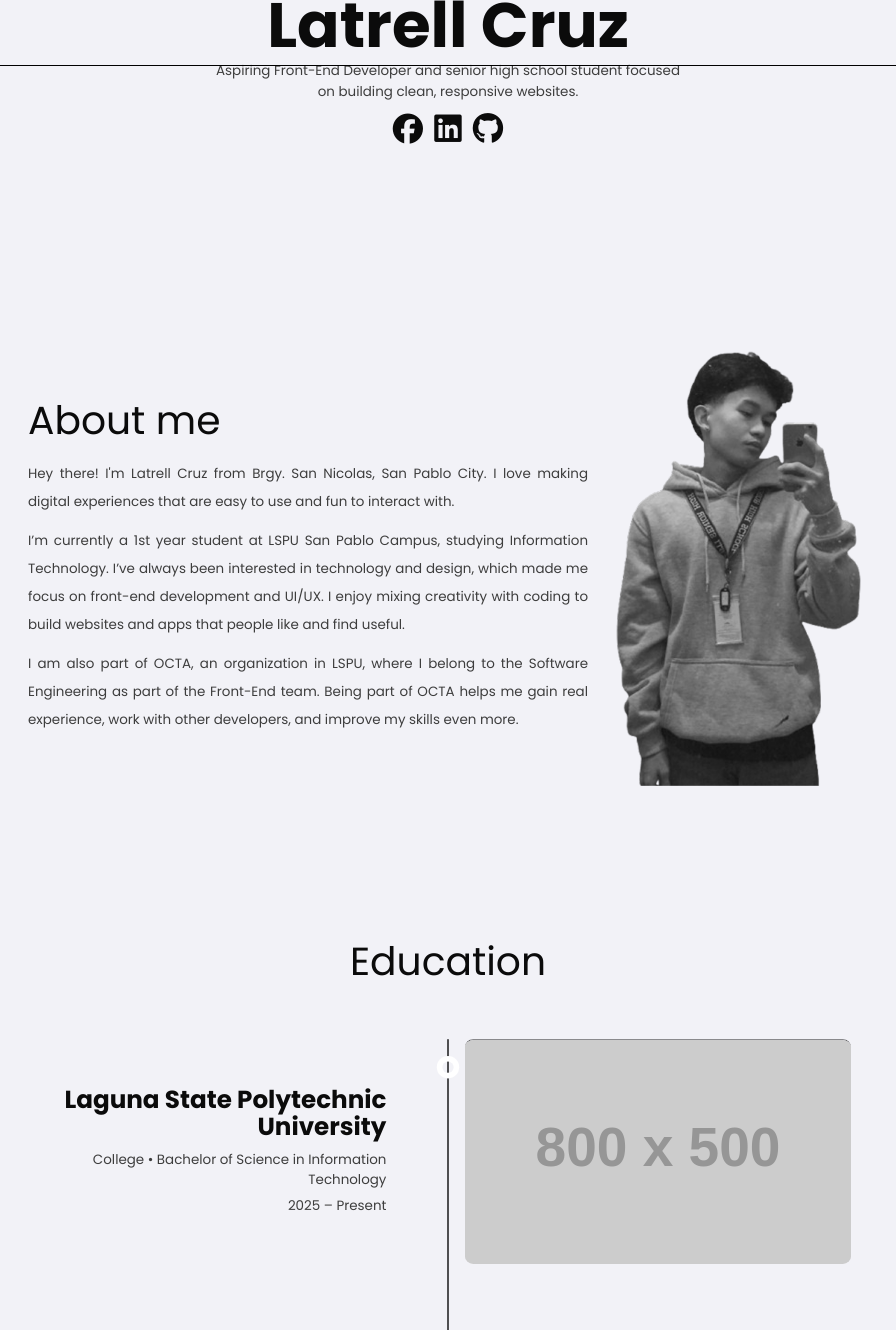
Repository: Latrell26/Portfolio-schoolProject
Page: /
An editor plug-in stored every save of this project. The page is shown before and after the next save, followed by the edit.
The browser window is 1280 px wide. The pictures show the part of the page from y = 272 to 2172 px (the page is 6280 px tall before and 6276 px after), at 70% of full size.
Pictures or frames that could not be fetched are drawn as grey boxes. The project was rebuilt for these pictures with package versions that can differ from the ones it lists, and the page was loaded fresh each time. Also part of the build but not shown: svelte.config.js, vite.config.js.

Above is the page before, as saved 2026-01-02 22:28:07.

### index.html
<!doctype html>
<html lang="en">
  <head>
    <meta charset="UTF-8" />
    <link rel="icon" type="image/svg+xml" href="/vite.svg" />
    <meta name="viewport" content="width=device-width, initial-scale=1.0" />
    <title>my-portfolio</title>
    <link rel="preconnect" href="https://fonts.googleapis.com">
<link rel="preconnect" href="https://fonts.gstatic.com" crossorigin>
<link href="https://fonts.googleapis.com/css2?family=Poppins:ital,wght@0,100;0,200;0,300;0,400;0,500;0,600;0,700;0,800;0,900;1,100;1,200;1,300;1,400;1,500;1,600;1,700;1,800;1,900&display=swap" rel="stylesheet">
 <link
    rel="stylesheet"
    href="https://cdnjs.cloudflare.com/ajax/libs/font-awesome/6.5.0/css/all.min.css"
  />
  </head>
  <body>
    <div id="app"></div>
    <script type="module" src="/src/main.js"></script>
  </body>
</html>

### src/app.css
@import "tailwindcss";

@theme {
  --color-dark: var(--dark);
  --color-medyolight: var(--medyolight);
  --color-light: var(--light);
}

:root {
  font-family: poppins;
  line-height: 1.5;
  font-weight: 400;
  color-scheme: light dark;
  color: #0B0B0B;
  background-color: #F2F2F7;
  font-synthesis: none;
  text-rendering: optimizeLegibility;
  -webkit-font-smoothing: antialiased;
  -moz-osx-font-smoothing: grayscale;
  --dark: #0B0B0B;
  --light: #F2F2F7;
  --medyolight: #3D3D3D;
  --light_bg: #F2F2F7;

  --tooltip-bg: var(--dark);
  --tooltip-text: var(--light);
  --tooltip-border: var(--dark);
}

.dark-mode {
  --dark: #0B0B0B;
  --medyolight: #E0E0E0;
  --light: #F2F2F7;
  --light_bg: #0B0B0B;
}

.dark-mode {
  background-color: var(--dark);
  color: var(--light);
  border-top-color: var(--light);
}

html{
  scroll-behavior: smooth;
  transition: color 0.3s ease;

}

h1 {
  font-size: clamp(4rem, 7vw, 8rem);
  font-weight: 700;
  line-height: 1.1;
}
h2 {
  font-size: clamp(2rem, 6vw, 3.5rem);
  line-height: 1.1;
}
h3 {
  font-size: clamp(2rem, 6vw, 2.2rem);
  line-height: 1.1;
}
h4 {
  font-size: clamp(1rem, 6vw, 2rem);
  line-height: 1.1;
}
h5{
  font-size: clamp(2rem, 3vw, 2.5rem);
}
p{
  font-size: clamp(1rem, 6vw, 1.2rem);
  color: var(--medyolight);
}

span{
  color: var(--light);
}

.border-light {
  border-color: transparent;
}
.border-t-light {
  border-top-color: var(--dark);
}

@keyframes slide {
    from {
      transform: translateX(-100%);
    }
    to {
      transform: translateX(0);
    }
  }

### src/App.svelte
<script>
  import svelteLogo from "./assets/svelte.svg";
  import viteLogo from "/vite.svg";
  import NavBar from "./lib/navBar.svelte";
  import Footer from "./lib/footer.svelte";
  import * as img from "./imagedata.js";
  import { projects } from "./lib/arrayObjectsData.js";
  import { education } from "./lib/arrayObjectsData.js";
  import ProjectCard from "./lib/components-cards.svelte";
  import TimelineItem from "./lib/TimeLineItem.svelte";
  const icons = [
    { src: img.csharplogo, name: "C#" },
    { src: img.csslogo, name: "CSS" },
    { src: img.htmllogo, name: "HTML" },
    { src: img.javalogo, name: "Java" },
    { src: img.jslogo, name: "JavaScript" },
    { src: img.pythonlogo, name: "Python" },
    { src: img.sveltelogo, name: "Svelte" },
    { src: img.tailwindlogo, name: "Tailwind CSS" },
    { src: img.figmalogo, name: "Figma" },
    { src: img.supabaselogo, name: "Supabase" },
    { src: img.firebaselogo, name: "Firebase" },
    { src: img.github, name: "GitHub" },
    { src: img.gitlogo, name: "Git" },
  ];
</script>

<main class="max-w-330 mx-auto pt-2 px-4 lg:px-10 duration-300">
  <NavBar />
  <section
    class="h-screen flex flex-col justify-center items-center text-center"
    id="home"
  >
    <div>
      <h1 class="font-bold">Latrell Cruz</h1>
      <p class=" text-lg max-w-2xl">
        Aspiring Front-End Developer and senior high school student focused on
        building clean, responsive websites.
      </p>
    </div>

    <div class="flex flex-row gap-4 mt-4 justify-center items-center">
      <a href="https://www.facebook.com/share/1Da6x7yam2/">
        <i class="fa-brands fa-facebook text-[2.7rem] hover:text-[#1877F2] duration-300"></i>
      </a>
      <a href="https://www.linkedin.com/in/latrell-cruz-a11975387/">
        <i class="fa-brands fa-linkedin text-[2.8rem] hover:text-[#0A66C2] duration-300"></i>
      </a>
      <a href="https://github.com/Latrell26">
        <i class="fa-brands fa-github text-[2.8rem] duration-300"></i>
      </a>
    </div>
  </section>

  <section class="mb-35 pt-10" id="about">
    <div class="flex flex-wrap justify-between items-center">
      <div class="flex flex-col">
        <h2 class="mb-6">About me</h2>
        <div class="max-w-[50rem] leading-10 flex-1 text-justify">
          <p>
            Hey there! I'm Latrell Cruz from Brgy. San Nicolas, San Pablo City.
            I love making digital experiences that are easy to use and fun to
            interact with.
          </p>
          <p class="mt-4">
            I’m currently a 1st year student at LSPU San Pablo Campus, studying
            Information Technology. I’ve always been interested in technology
            and design, which made me focus on front-end development and UI/UX.
            I enjoy mixing creativity with coding to build websites and apps
            that people like and find useful.
          </p>
          <p class="mt-4">
            I am also part of OCTA, an organization in LSPU, where I belong to
            the Software Engineering as part of the Front-End team.
            Being part of OCTA helps me gain real experience, work with other
            developers, and improve my skills even more.
          </p>
        </div>
      </div>
      <img src={img.me} alt="me" class="hidden xl:block w-auto h-auto" />
    </div>
  </section>
  <section id="education" class="py-20 px-6">
  <div class="max-w-6xl mx-auto">
    <h2 class="text-center mb-20">Education</h2>

    <div class="relative">
      <div class="absolute left-1/2 transform -translate-x-1/2 w-0.5 bg-dark h-full hidden lg:block"></div>

      <div class="space-y-0">
        {#each education as edu, i}
          <TimelineItem
            school={edu.school}
            level={edu.level}
            year={edu.year}
            imageSrc={edu.imageSrc}
            imageAlt={edu.imageAlt}
            isLeft={i % 2 === 0}
          />
        {/each}
      </div>
    </div>
  </div>
</section>
  <section class="mb-5">
    <h3 class="flex justify-center items-center">Tech I Use</h3>
    <div class="relative overflow-hidden py-4 pt-12">
      <div
        class="pointer-events-none absolute inset-0 z-10
          bg-[linear-gradient(to_right,var(--light_bg)_0%,transparent_20%,transparent_80%,var(--light_bg)_100%)]
          "
      ></div>

      <div class="flex animate-[slide_26s_linear_infinite] gap-8 md:gap-16">
  <div class="flex gap-8 md:gap-16 flex-none">
    {#each icons as icon}
      <div class="relative group">
        <img
          src={icon.src}
          alt={icon.name}
          class="flex-none
                 h-12 w-12 sm:h-16 sm:w-16 md:h-24 md:w-24
                 transition-transform duration-300 ease-out
                 group-hover:scale-110 group-hover:-translate-y-2
                 cursor-pointer"
        />

        <span
          class="tooltip absolute bottom-full left-1/2 -translate-x-1/2 mb-3
                 px-3 sm:px-4 py-1 sm:py-2 text-xs sm:text-sm font-medium
                 rounded-lg opacity-0 group-hover:opacity-100
                 pointer-events-none whitespace-nowrap
                 transition-opacity duration-300 ease-out shadow-lg"
        >
          {icon.name}
          <span
            class="absolute top-full left-1/2 -translate-x-1/2
                   border-4 sm:border-8 border-light border-t-light"
          ></span>
        </span>
      </div>
    {/each}
  </div>

  <div class="flex gap-8 md:gap-16 flex-none">
    {#each icons as icon}
      <div class="relative group">
        <img
          src={icon.src}
          alt={icon.name}
          class="flex-none
                 h-12 w-12 sm:h-16 sm:w-16 md:h-24 md:w-24
                 transition-transform duration-300 ease-out
                 group-hover:scale-110 group-hover:-translate-y-2
                 cursor-pointer"
        />

        <span
          class="tooltip absolute bottom-full left-1/2 -translate-x-1/2 mb-3
                 px-3 sm:px-4 py-1 sm:py-2 text-xs sm:text-sm font-medium
                 rounded-lg opacity-0 group-hover:opacity-100
                 pointer-events-none whitespace-nowrap
                 transition-opacity duration-300 ease-out shadow-lg"
        >
          {icon.name}
          <span
            class="absolute top-full left-1/2 -translate-x-1/2
                   border-4 sm:border-8 border-light border-t-light"
          ></span>
        </span>
      </div>
    {/each}
  </div>
</div>

      </div>
  </section>

  <section class="mb-70 pt-20" id="projects">
    <h2 class="text-center mb-8">What I Build</h2>
    <div class="flex flex-wrap justify-center">
      <div class="grid grid-cols-1 lg:grid-cols-2 gap-16">
        {#each projects as project}
          <ProjectCard
            image={project.image}
            title={project.title}
            text={project.text}
            logo={project.logo || []}
            url={project.url}
          />
        {/each}
      </div>
    </div>
  </section>
  <section id="contact" class="pt-20">
    <Footer />
  </section>
</main>

<style>
  .tooltip {
    background-color: #0b0b0b;
    color: #f2f2f7;
    border-color: #0b0b0b;
  }

  .tooltip span {
    border-top-color: #0b0b0b;
  }

  :global(.dark-mode) .tooltip {
    background-color: #f2f2f7;
    color: #0b0b0b;
    border-color: #f2f2f7;
  }

  :global(.dark-mode) .tooltip span {
    border-top-color: #f2f2f7;
  }
</style>

### src/lib/navBar.svelte
<script>
  import { onMount } from "svelte";

  let isDark = false;
  let currentIcon;
  let menuOpen = false;
  let scrolled = false;
  let activeSection = "home";

  let prevScrollY = 0;
  let navbarVisible = true;
  let forceHide = false;

  const sunIcon = `
    <svg xmlns="http://www.w3.org/2000/svg" viewBox="0 0 24 24"
         fill="none" stroke="currentColor" class="w-4 h-4">
      <path stroke-linecap="round" stroke-linejoin="round" stroke-width="2"
            d="M12 3v1m0 16v1m9-9h-1M4 12H3
               m15.364 6.364l-.707-.707
               M6.343 6.343l-.707-.707
               m12.728 0l-.707.707
               M6.343 17.657l-.707.707
               M16 12a4 4 0 11-8 0 4 4 0 018 0z"/>
    </svg>
  `;

  const moonIcon = `
    <svg xmlns="http://www.w3.org/2000/svg" viewBox="0 0 24 24"
         fill="none" stroke="currentColor" class="w-4 h-4">
      <path stroke-linecap="round" stroke-linejoin="round" stroke-width="2"
            d="M20.354 15.354A9 9 0 018.646 3.646
               9.003 9.003 0 0012 21
               a9.003 9.003 0 008.354-5.646z"/>
    </svg>
  `;

  function applyDarkMode(value) {
    document.documentElement.classList.toggle("dark-mode", value);
    localStorage.setItem("darkMode", value);
    currentIcon = value ? moonIcon : sunIcon;
  }

  function toggleDarkMode() {
    isDark = !isDark;
    applyDarkMode(isDark);
  }

  function hideNavbarAfterClick() {
    forceHide = true;
    navbarVisible = false;
    setTimeout(() => forceHide = false, 1200);
  }

  onMount(() => {
    const saved = localStorage.getItem("darkMode");
    isDark = saved !== null
      ? saved === "true"
      : window.matchMedia("(prefers-color-scheme: dark)").matches;
    applyDarkMode(isDark);

    const handleScroll = () => {
      if (forceHide) return;

      const currentScrollY = window.scrollY;
      scrolled = currentScrollY > 50;

      if (currentScrollY > prevScrollY && currentScrollY > 100) {
        navbarVisible = false;
      } else if (currentScrollY < prevScrollY) {
        navbarVisible = true;
      }

      if (currentScrollY <= 10) navbarVisible = true;
      prevScrollY = currentScrollY;
    };

    window.addEventListener("scroll", handleScroll);

    const sections = document.querySelectorAll("section[id]");
    const observer = new IntersectionObserver(
      entries => {
        entries.forEach(entry => {
          if (entry.isIntersecting) activeSection = entry.target.id;
        });
      },
      { threshold: 0.5 }
    );
    sections.forEach(sec => observer.observe(sec));

    return () => {
      window.removeEventListener("scroll", handleScroll);
      observer.disconnect();
    };
  });
</script>

<nav
  class={`fixed top-0 left-0 right-0 z-50 py-2 transition-all duration-300 ease-out
  bg-transparent ${scrolled ? "bg-white/10 border-b border-white/20 backdrop-blur-xl shadow-md" : "border-b border-transparent"}
  ${navbarVisible ? "translate-y-0" : "-translate-y-full"}`}
>
  <div class="flex justify-between items-center max-w-7xl mx-auto px-4">
    <h5 class="font-semibold">LC</h5>

    <ul class="hidden md:flex gap-12 text-lg">
      {#each ["home","about","education","projects","contact"] as item}
        <li class="hover:underline underline-offset-4">
          <a href={`#${item}`} on:click={hideNavbarAfterClick}
             class={activeSection === item ? "underline" : ""}>
            {item[0].toUpperCase() + item.slice(1)}
          </a>
        </li>
      {/each}
    </ul>

    <button class="md:hidden text-2xl" on:click={() => menuOpen = true}>☰</button>

    <button
      on:click={toggleDarkMode}
      class="hidden md:flex relative w-14 h-7 rounded-full bg-white shadow-md flex items-center cursor-pointer"
    >
      <div class="w-7 h-7 rounded-full transition-all duration-300 flex items-center justify-center text-white
                  {isDark ? 'bg-dark translate-x-7' : 'bg-yellow-500 translate-x-0'}">
        {@html currentIcon}
      </div>
    </button>
  </div>
</nav>

<div
  class={`fixed top-0 right-0 h-full w-64 bg-black/80 backdrop-blur-xl text-white p-6 z-40
    transition-transform duration-300 ${menuOpen ? "translate-x-0" : "translate-x-full"}`}
>
  <button class="text-3xl mb-6" on:click={() => menuOpen = false}>✕</button>

  <button
    on:click={toggleDarkMode}
    class="relative w-14 h-7 rounded-full bg-white shadow-md flex items-center cursor-pointer mb-6"
  >
    <div class="w-7 h-7 rounded-full transition-all duration-300 flex items-center justify-center text-white
                {isDark ? 'bg-dark translate-x-7' : 'bg-yellow-500 translate-x-0'}">
      {@html currentIcon}
    </div>
  </button>

  <ul class="flex flex-col gap-6 text-xl">
    {#each ["home","about","education","projects","contact"] as item}
      <li>
        <a href={`#${item}`} on:click={() => { menuOpen = false; hideNavbarAfterClick(); }}
           class={activeSection === item ? "underline" : ""}>
          {item[0].toUpperCase() + item.slice(1)}
        </a>
      </li>
    {/each}
  </ul>
</div>

<style>
  .dark-mode {
    --dark: #0B0B0B;
    --light: #F2F2F7;
    background-color: var(--dark);
    color: var(--light);
  }
</style>

### src/lib/footer.svelte
    <script>
    import * as img from "../imagedata.js";
    </script>

    <footer class="" >
    <div class="max-w-7xl mx-auto">

        <div class="max-w-2xl">

        <h2 class="">Let's work together</h2>

        <form class="mt-10 space-y-8">
            <div>
            <p class="">Name</p>
            <input
                type="text"
                required
                placeholder="Yourname"
                class="w-full px-0 py-2 bg-transparent border-b-2
                    focus:outline-none
                    placeholder-medyolight"
            />
            </div>

            <div>
            <p class="">Email</p>
            <input
                type="email"
                required
                placeholder="your.email@example.com"
                class="w-full px-0 py-2 bg-transparent border-b-2
                    focus:outline-none
                    placeholder-medyolight"
            />
            </div>
            <div>
            <p class="">Message</p>
            <textarea
                required
                rows="3"
                placeholder="Say hello..."
                class="w-full px-0 py-2 bg-transparent border-b-2
                    focus:outline-none
                    resize-none placeholder-medyolight"
            ></textarea>
            </div>

            <button
            type="submit"
            class="px-8 py-4 bg-dark rounded-lg text-light cursor-pointer hover:bg-light border-1  hover:text-dark duration-400 ease-out"
            >
            Send message
            </button>
        </form>

        <div class="flex flex-row items-center gap-4 mt-16">
            <a
            href="https://www.facebook.com/share/1Da6x7yam2/"
            >
            <i class="fa-brands fa-facebook text-[2.2rem] hover:text-[#1877F2] duration-300"></i>

            </a>
            <a
            href="https://www.linkedin.com/in/latrell-cruz-a11975387/"
            >
            <i class="fa-brands fa-linkedin text-[2.3rem] hover:text-[#0A66C2] duration-300"></i>

            </a>
            <a
            href="https://github.com/Latrell26"
            >
            <i class="fa-brands fa-github text-[2.3rem] duration-300"></i>
            </a>
        </div>


        <div class="mt-16 mb-8">
            <h6 class="text-sm text-medyolight">© 2025 Latrell Cruz. All rights reserved.</h6>
        </div>

        </div>
    </div>
    </footer>

### src/imagedata.js
import facebook from "./assets/imgs/facebook.svg";
import github from "./assets/imgs/github.svg";
import linkedin from "./assets/imgs/linkedin.svg";
import me from "./assets/imgs/me.png";
import csharplogo from "./assets/imgs/csharplogo.png";
import csslogo from "./assets/imgs/csslogo.png";
import htmllogo from "./assets/imgs/htmllogo.png";
import javalogo from "./assets/imgs/javalogo.png";
import jslogo from "./assets/imgs/jslogo.png";
import pythonlogo from "./assets/imgs/pythonlogo.png";
import sveltelogo from "./assets/imgs/sveltelogo.png";
import tailwindlogo from "./assets/imgs/tailwindlogo.png";
import figmalogo from "./assets/imgs/figmalogo.png";
import supabaselogo from "./assets/imgs/supabaselogo.png";
import firebaselogo from "./assets/imgs/firebaselogo.png";
import gitlogo from "./assets/imgs/gitlogo.png";
import insideStyle from "./assets/imgs/insideStyle.png";
import raiohDesign from "./assets/imgs/raiohDesign.png";
import antellDesgin from "./assets/imgs/antellDesgin.png";
import antelldesign from "./assets/imgs/antelldesign.svg";
import raiohdesign from "./assets/imgs/raiohdesign.svg";
import insidestyledesign from "./assets/imgs/insidestyledesign.svg";
import facebookdm from "./assets/imgs/facebookdm.svg";
import linkeindm from "./assets/imgs/linkeindm.svg";
import lspu from "./assets/imgs/lspu.png";
import central from "./assets/imgs/central.png";

export{
    facebook,
    github,
    linkedin,
    me,
    csharplogo,
    csslogo,
    htmllogo,
    javalogo,
    jslogo,
    pythonlogo,
    sveltelogo,
    tailwindlogo,
    figmalogo,
    supabaselogo,
    firebaselogo,
    gitlogo,
    insideStyle,
    raiohDesign,
    antellDesgin,
    antelldesign,
    raiohdesign,
    insidestyledesign,
    linkeindm,
    facebookdm,
    lspu,
    central,
}

### src/lib/components-cards.svelte
<script>
    export let image = "";
    export let title = "";
    export let text = "";
    export let logo = [];
    export let url = "#";

    let isDisabled = title === "Soon...";
</script>

<div class="group">
    <a
        href={isDisabled ? "#" : url}
        target="_blank"
        rel="noopener noreferrer"
        class={`block ${isDisabled ? 'pointer-events-none cursor-not-allowed' : ''}`}
    >
        <div class="mb-4 relative rounded-lg overflow-hidden">
            <div>
                <img
                    src={image}
                    alt={title}
                    class={`w-[600px] h-[350px] object-cover transition-transform duration-400 ease-out
                        ${isDisabled ? '' : 'group-hover:scale-104 cursor-pointer'}`}
                />

                <div class={`absolute inset-0
                            ${isDisabled ? 'opacity-0' : 'opacity-0 group-hover:opacity-100'}
                            transition-opacity duration-400 ease-out
                            backdrop-blur-sm
                            bg-white/5
                            flex items-end justify-center pb-8
                            pointer-events-none`}
                >
                    {#if !isDisabled}
                    <div class="bg-white/20 backdrop-blur-lg rounded-xl px-6 py-2 border border-white/30 shadow-xl
                                translate-y-4 group-hover:translate-y-0 transition-transform duration-400 ease-out">
                        <p class=" tracking-wide drop-shadow-lg">
                            <span>View project →</span>

                        </p>
                    </div>
                    {/if}
                </div>
            </div>
        </div>
    </a>

    <div>
        <h3 class="font-semibold mb-2">
            {title}
        </h3>

        <p class="leading-relaxed mb-2 max-w-[37rem] text-justify">
            {text}
        </p>

        <div class="flex gap-2 flex-wrap">
            {#each logo as icon}
                <img
                    src={icon}
                    alt="tech icon"
                    class="w-10 h-10 md:w-12 md:h-12 object-contain"
                />
            {/each}
        </div>
    </div>
</div>

### src/lib/TimeLineItem.svelte
<script>
  export let school = "";
  export let level = "";
  export let year = "";
  export let imageSrc = "https://via.placeholder.com/800x500";
  export let imageAlt = "";
  export let isLeft = true;
</script>

<div class="grid grid-cols-1 lg:grid-cols-2 gap-12 items-center relative mb-24">
    <div class={`text-left lg:text-right lg:pr-16 ${isLeft ? "order-2 lg:order-1" : "order-2 lg:order-2 text-right lg:text-left lg:pl-16"}`}>
        <h3 class="text-2xl md:text-3xl font-bold">{school}</h3>
        <p class="mt-3 text-lg">{level}</p>
        <p class="mt-2 ">{year}</p>
    </div>

    <div class={`${isLeft ? "order-1 lg:order-2" : "order-1 lg:order-1"}`}>
        <div class="rounded-xl border-dark border-t-1 overflow-hidden">
            <img
                src={imageSrc}
                alt={imageAlt}
                class="w-full h-80 object-cover transition-transform duration-500 hover:scale-105"
            />
        </div>
    </div>

    <div class="hidden lg:block absolute left-1/2 transform -translate-x-1/2 w-4 h-4 bg-primary rounded-full ring-8 ring-white dark:ring-gray-900 top-8"></div>
</div>

Loaded but not shown: src/main.js (common file); src/lib/arrayObjectsData.js (59 lines, source omitted)

After the next save:
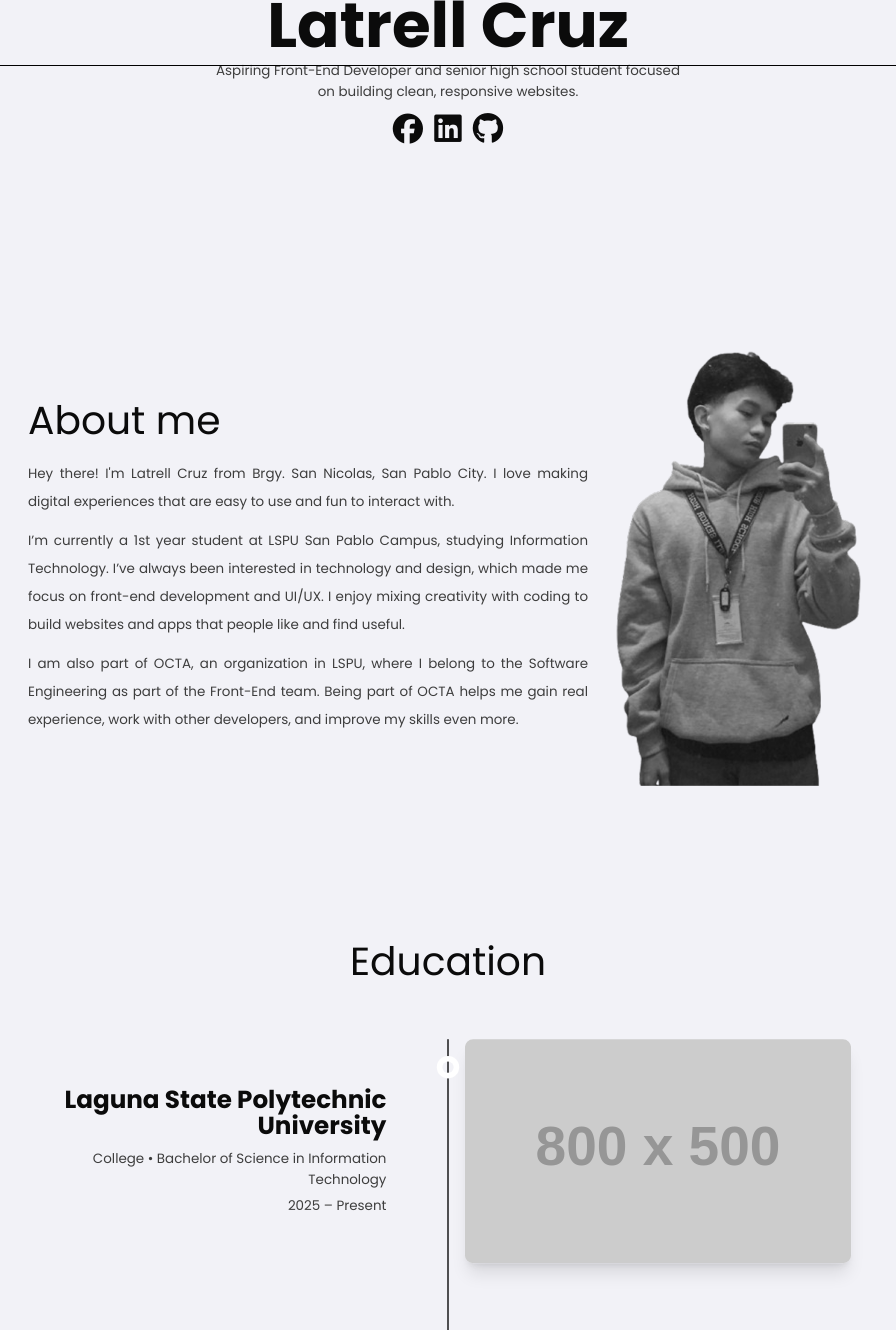
Saved 8 s later.
--- a/src/lib/TimeLineItem.svelte
+++ b/src/lib/TimeLineItem.svelte
@@ -15,7 +15,7 @@
     </div>
 
     <div class={`${isLeft ? "order-1 lg:order-2" : "order-1 lg:order-1"}`}>
-        <div class="rounded-xl border-dark border-t-1 overflow-hidden">
+        <div class="rounded-xl shadow-xl overflow-hidden">
             <img
                 src={imageSrc}
                 alt={imageAlt}
